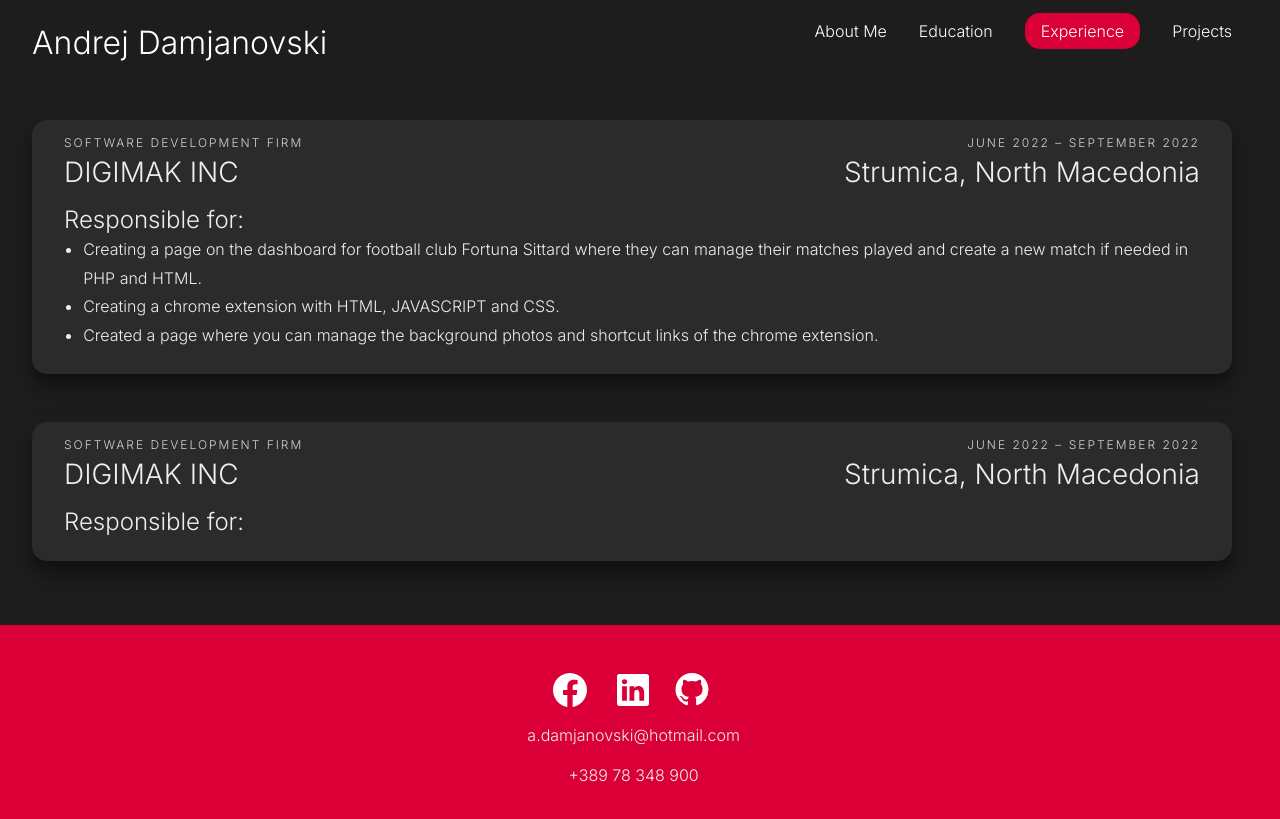
Repository: ADamjanovski/portfolio
Page: experience.html
An editor plug-in stored every save of this project. The page is shown before and after a run of saves, followed by the edit.
The browser window is 1280 px wide. The pictures show the whole page.

Above is the page before, as saved 2023-07-03 12:03:42.

### experience.html
<!DOCTYPE html>
<html lang="en">
<head>
    <meta charset="UTF-8">
    <meta name="viewport" content="width=device-width, initial-scale=1.0">
    <title>Experience</title>
    <link rel="preconnect" href="https://fonts.googleapis.com">
    <link rel="preconnect" href="https://fonts.gstatic.com" crossorigin>
    <link href="https://fonts.googleapis.com/css2?family=Inter:wght@300&display=swap" rel="stylesheet">
    <link href="https://cdn.jsdelivr.net/npm/bootstrap@5.3.0/dist/css/bootstrap.min.css" rel="stylesheet" integrity="sha384-9ndCyUaIbzAi2FUVXJi0CjmCapSmO7SnpJef0486qhLnuZ2cdeRhO02iuK6FUUVM" crossorigin="anonymous">
    <link rel="stylesheet" href="style.css">
</head>
<body>
    <div class="navbar">
        <h2><a href="index.html">Andrej Damjanovski</a></h2>
        <div >
            <ul class="navbar-links">
                <li ><a href="aboutme.html" >About Me</a></li>
                <li><a href="education.html">Education</a></li>
                <li><a href="experience.html" class="active">Experience</a></li>
                <li><a href="projects.html">Projects</a></li>
            </ul>
        </div>
        <button class="navbar-toggler icon" type="button" data-bs-toggle="offcanvas" data-bs-target="#offcanvasDarkNavbar" aria-controls="offcanvasDarkNavbar" aria-label="Toggle navigation">
            <span class=""><svg fill="#FFFFFF" xmlns="http://www.w3.org/2000/svg"  viewBox="0 0 50 50" width="30px" height="30px" ><path d="M 0 9 L 0 11 L 50 11 L 50 9 Z M 0 24 L 0 26 L 50 26 L 50 24 Z M 0 39 L 0 41 L 50 41 L 50 39 Z"/></svg></span>
          </button>
    </div>
    <div class="offcanvas offcanvas-end text-bg-dark" tabindex="-1" id="offcanvasDarkNavbar" aria-labelledby="offcanvasDarkNavbarLabel">
        <div class="offcanvas-header color flex-end">
            <button type="button" class="btn-close btn-close-white" data-bs-dismiss="offcanvas" aria-label="Close"></button>
        </div>
        <div class="offcanvas-body color">
            <ul class="navbar-nav justify-content-end flex-grow-1 pe-3">
                <li class="nav-item">
                  <a class=" margin nav-link " aria-current="page" href="aboutme.html">About Me</a>
                </li>
                <li class="margin nav-item">
                  <a class="nav-link " href="education.html">Education</a>
                </li>
                <li class=" nav-item">
                    <a class="nav-link active" href="experience.html">Experience</a>
                </li>
                <li class="margin nav-item">
                <a class="nav-link" href="projects.html">Projects</a>
                </li>
            </ul>
        </div>
    </div>
    <div class="job-description">
        <div class="role">
            <p class="my-role">Software Development Firm</p>
            <p>June 2022 – September 2022</p>
        </div>
        <div class="Company-details">
            <h3>DIGIMAK INC</h3>
            <h3>Strumica, North Macedonia</h3>
        </div>
        <div class="responsible">
            <h4>Responsible for:</h4>
            <ul>
                <li>Creating a page on the dashboard for football club Fortuna Sittard where they can manage their matches played and create a new match if needed in PHP and HTML.</li>
                <li>Creating a chrome extension with HTML, JAVASCRIPT and CSS.</li>
                <li>Created a page where you can manage the background photos and shortcut links of the chrome extension.</li>
            </ul>

        </div>
    </div>
    <div class="job-description">
        <div class="role">
            <p class="my-role">Software Development Firm</p>
            <p>June 2022 – September 2022</p>
        </div>
        <div class="Company-details">
            <h3>DIGIMAK INC</h3>
            <h3>Strumica, North Macedonia</h3>
        </div>

        <div class="responsible">
            <h4>Responsible for:</h4>
        </div>
    </div>
    <footer>
        <a href="https://www.facebook.com/andrej.damjanovska"><svg xmlns="http://www.w3.org/2000/svg" width="50" height="34" fill="currentColor" class="bi bi-facebook" viewBox="0 0 16 16">
            <path d="M16 8.049c0-4.446-3.582-8.05-8-8.05C3.58 0-.002 3.603-.002 8.05c0 4.017 2.926 7.347 6.75 7.951v-5.625h-2.03V8.05H6.75V6.275c0-2.017 1.195-3.131 3.022-3.131.876 0 1.791.157 1.791.157v1.98h-1.009c-.993 0-1.303.621-1.303 1.258v1.51h2.218l-.354 2.326H9.25V16c3.824-.604 6.75-3.934 6.75-7.951z"/>
          </svg></a>
        <a  href="https://www.linkedin.com/in/andrej-damjanovski"><svg xmlns="http://www.w3.org/2000/svg" width="50" height="32" fill="currentColor" class="bi bi-linkedin linkedin" viewBox="0 0 16 16">
            <path d="M0 1.146C0 .513.526 0 1.175 0h13.65C15.474 0 16 .513 16 1.146v13.708c0 .633-.526 1.146-1.175 1.146H1.175C.526 16 0 15.487 0 14.854V1.146zm4.943 12.248V6.169H2.542v7.225h2.401zm-1.2-8.212c.837 0 1.358-.554 1.358-1.248-.015-.709-.52-1.248-1.342-1.248-.822 0-1.359.54-1.359 1.248 0 .694.521 1.248 1.327 1.248h.016zm4.908 8.212V9.359c0-.216.016-.432.08-.586.173-.431.568-.878 1.232-.878.869 0 1.216.662 1.216 1.634v3.865h2.401V9.25c0-2.22-1.184-3.252-2.764-3.252-1.274 0-1.845.7-2.165 1.193v.025h-.016a5.54 5.54 0 0 1 .016-.025V6.169h-2.4c.03.678 0 7.225 0 7.225h2.4z"/>
          </svg></a>
        <a href="https://github.com/ADamjanovski"><svg xmlns="http://www.w3.org/2000/svg" width="60" height="33" fill="currentColor" class="bi bi-github" viewBox="0 0 16 16">
            <path d="M8 0C3.58 0 0 3.58 0 8c0 3.54 2.29 6.53 5.47 7.59.4.07.55-.17.55-.38 0-.19-.01-.82-.01-1.49-2.01.37-2.53-.49-2.69-.94-.09-.23-.48-.94-.82-1.13-.28-.15-.68-.52-.01-.53.63-.01 1.08.58 1.23.82.72 1.21 1.87.87 2.33.66.07-.52.28-.87.51-1.07-1.78-.2-3.64-.89-3.64-3.95 0-.87.31-1.59.82-2.15-.08-.2-.36-1.02.08-2.12 0 0 .67-.21 2.2.82.64-.18 1.32-.27 2-.27.68 0 1.36.09 2 .27 1.53-1.04 2.2-.82 2.2-.82.44 1.1.16 1.92.08 2.12.51.56.82 1.27.82 2.15 0 3.07-1.87 3.75-3.65 3.95.29.25.54.73.54 1.48 0 1.07-.01 1.93-.01 2.2 0 .21.15.46.55.38A8.012 8.012 0 0 0 16 8c0-4.42-3.58-8-8-8z"/>
          </svg></a>
        <p class="email">a.damjanovski@hotmail.com</p>
        <p>+389 78 348 900</p>
    </footer>
    <script src="https://cdn.jsdelivr.net/npm/bootstrap@5.3.0/dist/js/bootstrap.bundle.min.js" integrity="sha384-geWF76RCwLtnZ8qwWowPQNguL3RmwHVBC9FhGdlKrxdiJJigb/j/68SIy3Te4Bkz" crossorigin="anonymous"></script>

</body>
</html>

### style.css
body{
    background-color: #1D1D1D;
    color:rgb(238, 238, 238);
    height: 70vh;
    overflow-x:hidden;
}
*{
    font-family: 'Outfit','Inter', sans-serif;
}
a{
    text-decoration: none;
    color:white;
}
.home-body{
    background-color: #2b2b2b;
    display: flex;
    justify-content: space-around;
    height: inherit;
    align-items: center;
    margin:0rem 3rem 0rem 3rem;
    border-radius: 15px;
    box-shadow: rgba(0, 0, 0, 0.25) 0px 14px 28px, rgba(0, 0, 0, 0.22) 0px 10px 10px;;
}
#programmer-img{
    width: 500px;
}

#home-name{
    margin-top: 7rem;
    text-align: center;

}
.navbar{
    display: flex;
    height: 10vh;
    justify-content: space-between;
}
.navbar h2{
    margin-left: 2rem;
    margin-top:1rem;
}
.navbar-links{

    margin-right: 3rem;
    display: flex;
    gap: 2rem;
    list-style-type: none;
    font-size: 1rem;
    justify-content: space-around;
}
#personalimg{

    border-radius: 50%;
}
.aboutme-body{
    margin: 3rem;
    display: flex;
    justify-content:space-around;

}
.text{
    padding: 3rem 5rem 5rem 0rem;
    background-color: #2b2b2b;
    margin-right: 7rem;
    border-radius: 15px;
    font-size: 1rem;
    line-height: 2;
    text-align: justify;
    box-shadow: rgba(0, 0, 0, 0.25) 0px 14px 28px, rgba(0, 0, 0, 0.22) 0px 10px 10px;;
}
.aboutme-body p{
    margin-left: 3rem;
}
footer{
    margin-top:4rem;
    background-color: #DA0037;
    width: 99vw;
    padding-top: 3rem;
    padding-bottom: 1rem;
    text-align: center;
    box-shadow: 0 50vh 0 50vh #DA0037;
    align-content: center;
}
.linkedin{
    margin-left:.5rem;
}
.active{
    border-radius: 15px;
    padding: .5rem;
    padding-inline: 1rem;
    background-color: #DA0037;
}

.education-body{
    background-color: #2b2b2b;
    margin: 1rem 3rem 1rem 2rem;
    padding: 1rem 0rem 3rem 3rem;
    border-radius: 15px;
    line-height: 2;
    box-shadow: rgba(0, 0, 0, 0.25) 0px 14px 28px, rgba(0, 0, 0, 0.22) 0px 10px 10px;;
}
.Company-details{
    display: flex;
    justify-content: space-between;

}

.job-description{
    margin:3rem 3rem 0rem 2rem;
    background-color: #2b2b2b;
    padding:.5rem 2rem 1.5rem 2rem;
    border-radius: 15px;
    box-shadow: rgba(0, 0, 0, 0.25) 0px 14px 28px, rgba(0, 0, 0, 0.22) 0px 10px 10px;;
}

.role{
    display: flex;
    justify-content: space-between;
    text-transform: uppercase;
    margin-bottom: 0px;
    padding-bottom: 0px;
}
.Company-details *{
    padding:0px;
    margin:0px;
}

.job-description *{
    padding:0px;
    margin:0px;
}
.role *{
    color :lightgrey;
    letter-spacing: 2px;

    padding:0rem;
    margin:.4rem 0 0.25rem 0;
}

.role > p {
    font-size:0.75rem;
}

.responsible{
    line-height: 1.8rem;
    margin-top: 1rem;
}

.project{
    display: flex;
    align-items: center;
    justify-content: space-between;
    margin:3rem 3rem 3rem 2rem;
    background-color: #2b2b2b;
    padding:.5rem 2rem 1.5rem 2rem;
    border-radius: 15px;
    box-shadow: rgba(0, 0, 0, 0.25) 0px 14px 28px, rgba(0, 0, 0, 0.22) 0px 10px 10px;;
}
.project-details{
    display: flex;
    justify-content: space-between;
}

.project-logo{
    margin-right: 4rem;
}
.icon{

    display: none;
    border-color: rgb(238, 238, 238);
}

@media screen and (max-width: 850px) {

    .navbar-links{
        display: none;
    }

    .icon{
        display: flex;
        margin-right: 3rem;
    }
    .active{
        display: inline-block;
        margin-top:.4rem;

    }
    .margin{
        margin-left: 1rem;
    }

}
@media screen and (max-width:1030px) {
    .aboutme-body{
        width: 100%;
        flex-direction: column-reverse;
        align-items: center;
        gap:3rem;
    }
    #personalimg{
        align-self:center;
        margin-right: 5rem;
    }
    .project-logo{
        margin-right: 2rem;
        margin-left: 1rem;
    }


}
.color{
    background-color: #2b2b2b;
}
.email{
    margin-top:1rem;
}
.responsible ul{
    margin-left: 1.2rem;
}
.flex-end{
    display: flex;
    justify-content: flex-end;
    padding-right: 1.5rem;
}

After the next 2 saves:
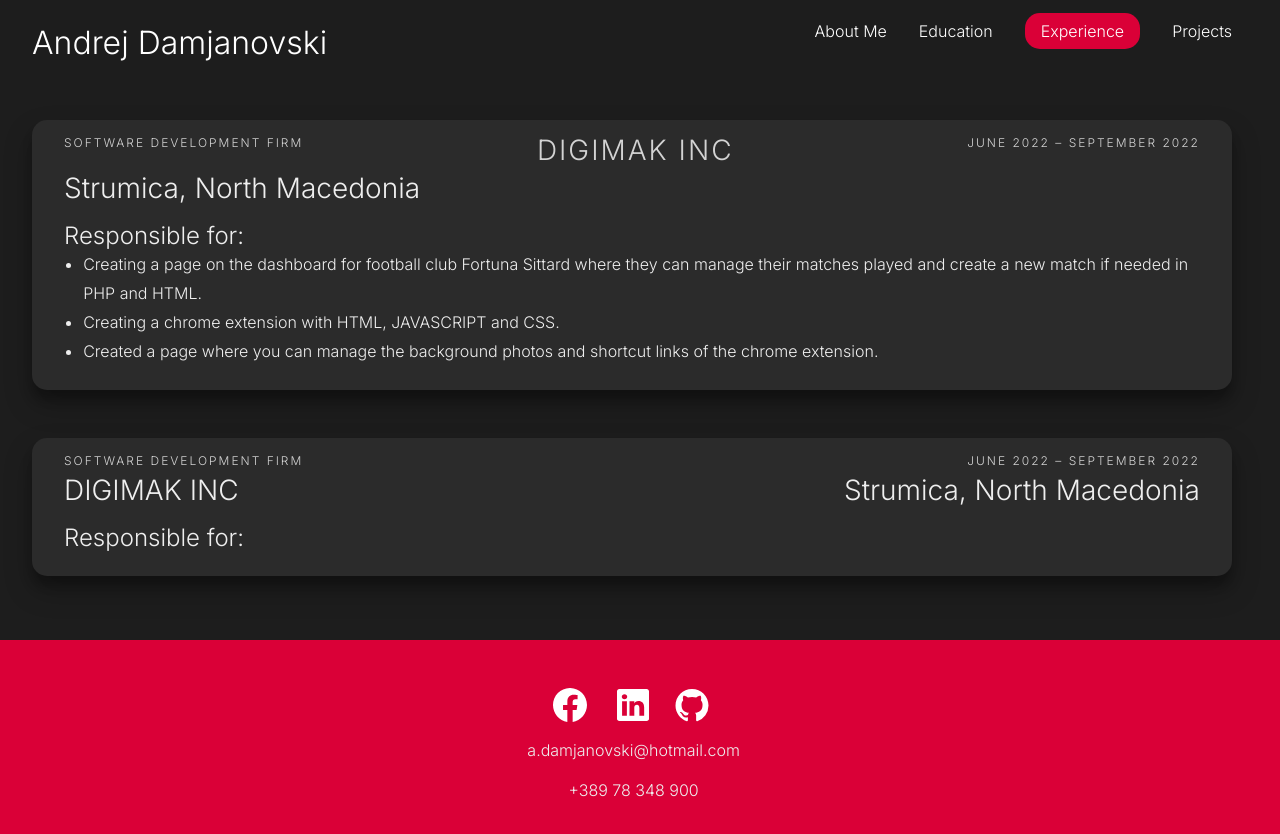
The 2 saves are shown as one change because they came seconds apart.
The last was saved 50 s later.
--- a/experience.html
+++ b/experience.html
@@ -49,10 +49,10 @@
     <div class="job-description">
         <div class="role">
             <p class="my-role">Software Development Firm</p>
+            <h3>DIGIMAK INC</h3>
             <p>June 2022 – September 2022</p>
         </div>
         <div class="Company-details">
-            <h3>DIGIMAK INC</h3>
             <h3>Strumica, North Macedonia</h3>
         </div>
         <div class="responsible">
